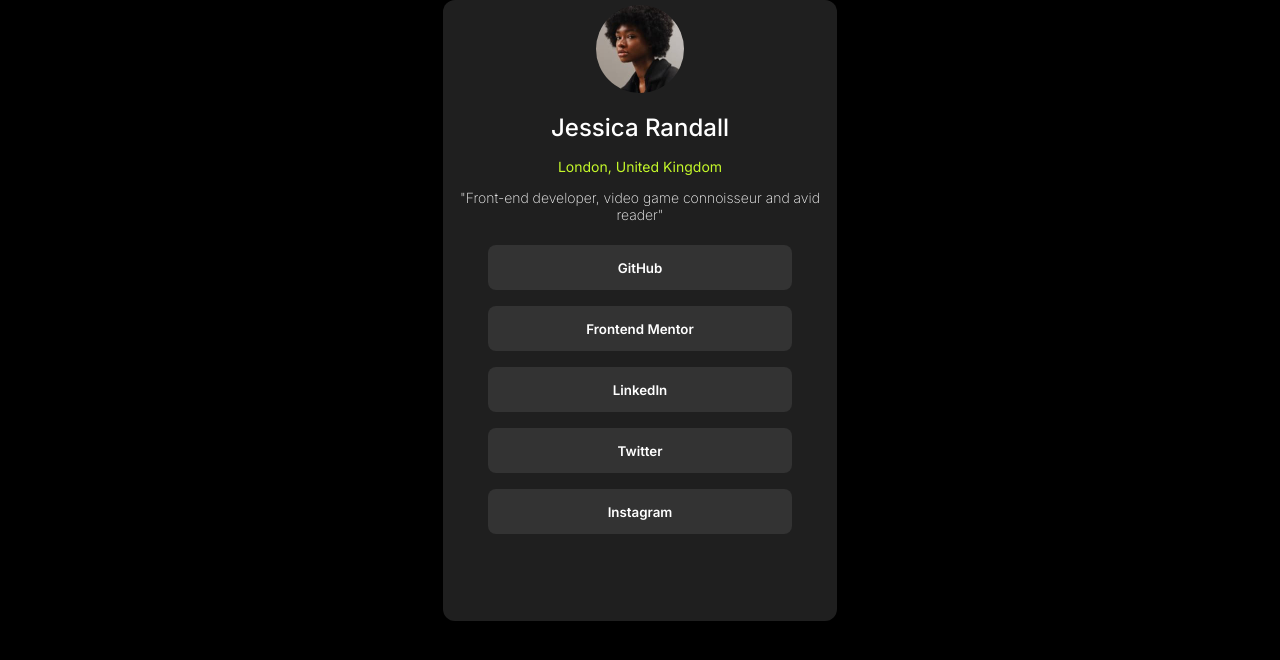
Repository: brandontaylor1/social-links-profile
Page: index.html
An editor plug-in stored every save of this project. The page is shown before and after the next save, followed by the edit.
The browser window is 1280 px wide. The pictures show the whole page.

Above is the page before, as saved 2024-12-25 17:54:11.

After the next save:
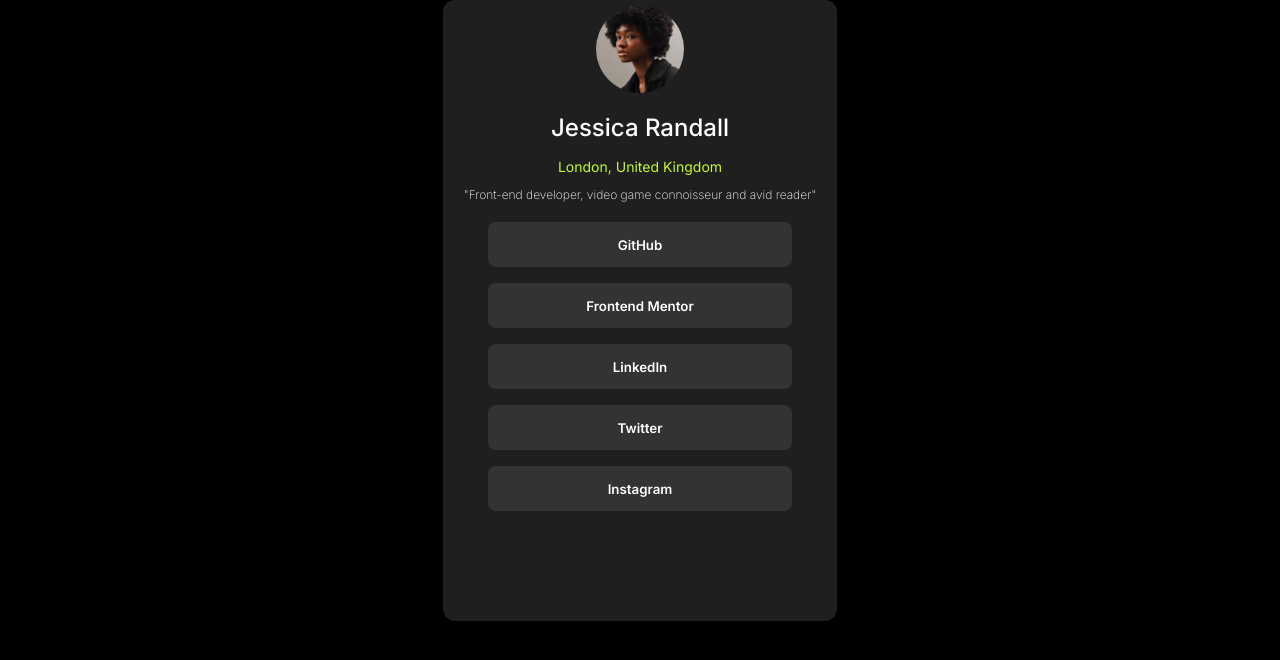
Saved 5 s later.
--- a/styles.css
+++ b/styles.css
@@ -52,7 +52,7 @@ body {
 }
 
 .profile-text p {
-    font-size: 14px;
+    font-size: 12px;
     font-family: "Inter", sans-serif;
     font-weight: 200;
     color: var(--color-white);
